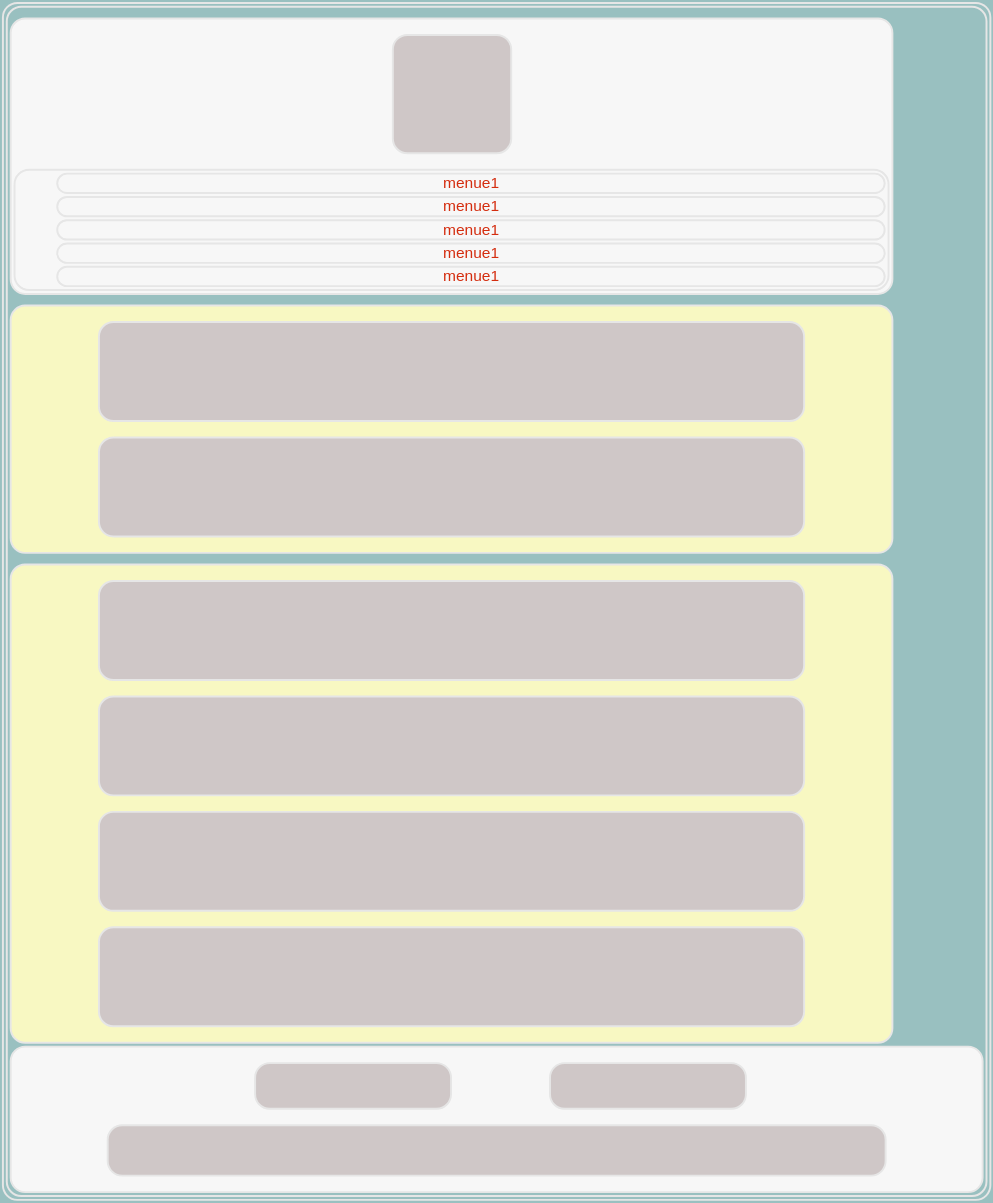
Repository: clairedupuich/cv-claireDUPUICH
Page: cv.html
These files come from the project's save history. The page is drawn as it stood at one moment and after the next save; the edit follows.
The browser window is 1024 px wide. The pictures show the whole page, at 97% of full size.

Above is the page before, as saved 2020-10-08 16:26:08.

### cv.html
<!DOCTYPE html>
<html lang="fr" dir="ltr">
  <head>
    <meta charset="utf-8">
    <title>Exercice</title>
    <link rel="stylesheet" href="cv.css">
  </head>
  <body>
    <section class="header">
        <div class="img">
        </div>

            <ul class="nav">
                <li>menue1</li>
                <li>menue1</li>
                <li>menue1</li>
                <li>menue1</li>
                <li>menue1</li>
            </ul>

    </section>
      <section class="section 1">
          <div class="article1_1">
          </div>
          <div class="article1_2">
          </div>
      </section>
      <section class="section2">
        <div class="article2_1">
        </div>
        <div class="article2_2">
        </div>
        <div class="article2_3">
        </div>
        <div class="article2_4">
        </div>
      </section>
      <footer>
          <div class='footer1'>
          </div>
        <div class="footer2">
        </div>

        <div class="footer3">
        </div>
    </footer>
  </body>
</html>

### cv.css
* {
    font-family: Avenir, sans-serif;
    border: 2px solid rgb(230, 230, 230);
    border-radius: 16px;
    margin: 2px;

}
@media screen and (min-width: 768px) and (max-width: 992px){


    body {
        background-color: azure;


    }
    section {
        margin-top: 10px;
        width: 95%;
        background-color: rgb(156, 156, 129);


    }
    div {
        margin: 15px auto;
        width:80% ;
        height: 100px;
        background-color: rgb(83, 83, 83);
    }
    ul {
        text-align: center;
        list-style: none;
        color: tomato;
    }

    footer,
    .header{
        background-color:rgb(162, 211, 233);
    }

    .footer2,
    .footer1 {
        height: 45px;
        width: 20%;
        float: left;

    }
    .footer1{
        margin-left: 25%;
        margin-right: 10%;
    }

    .footer3 {
        clear: both;
        height: 50px;
    }
    .img {
        width:120px;
        height: 120px;
        text-align: left;
    }

}
@media screen and (min-width: 992px) and (max-width: 1200px){

    body {
        background-color: rgb(153, 192, 192);


    }
    section {
        margin-top: 10px;
        width: 90%;
        background-color: rgb(248, 248, 194);


    }
    div {
        margin: 15px auto;
        width:80% ;
        height: 100px;
        background-color: rgb(207, 199, 199);
    }
    ul {
        text-align: center;
        list-style: none;
        color: rgb(212, 45, 15);
    }

    footer,
    .header{
        background-color:rgb(247, 247, 247);
    }

    .footer2,
    .footer1 {
        height: 45px;
        width: 20%;
        float: left;

    }
    .footer1{
        margin-left: 25%;
        margin-right: 10%;
    }

    .footer3 {
        clear: both;
        height: 50px;
    }
    .img {
        width:120px;
        height: 120px;
        text-align: left;
    }
}
@media screen and (min-width: 1200px){}

After the next save:
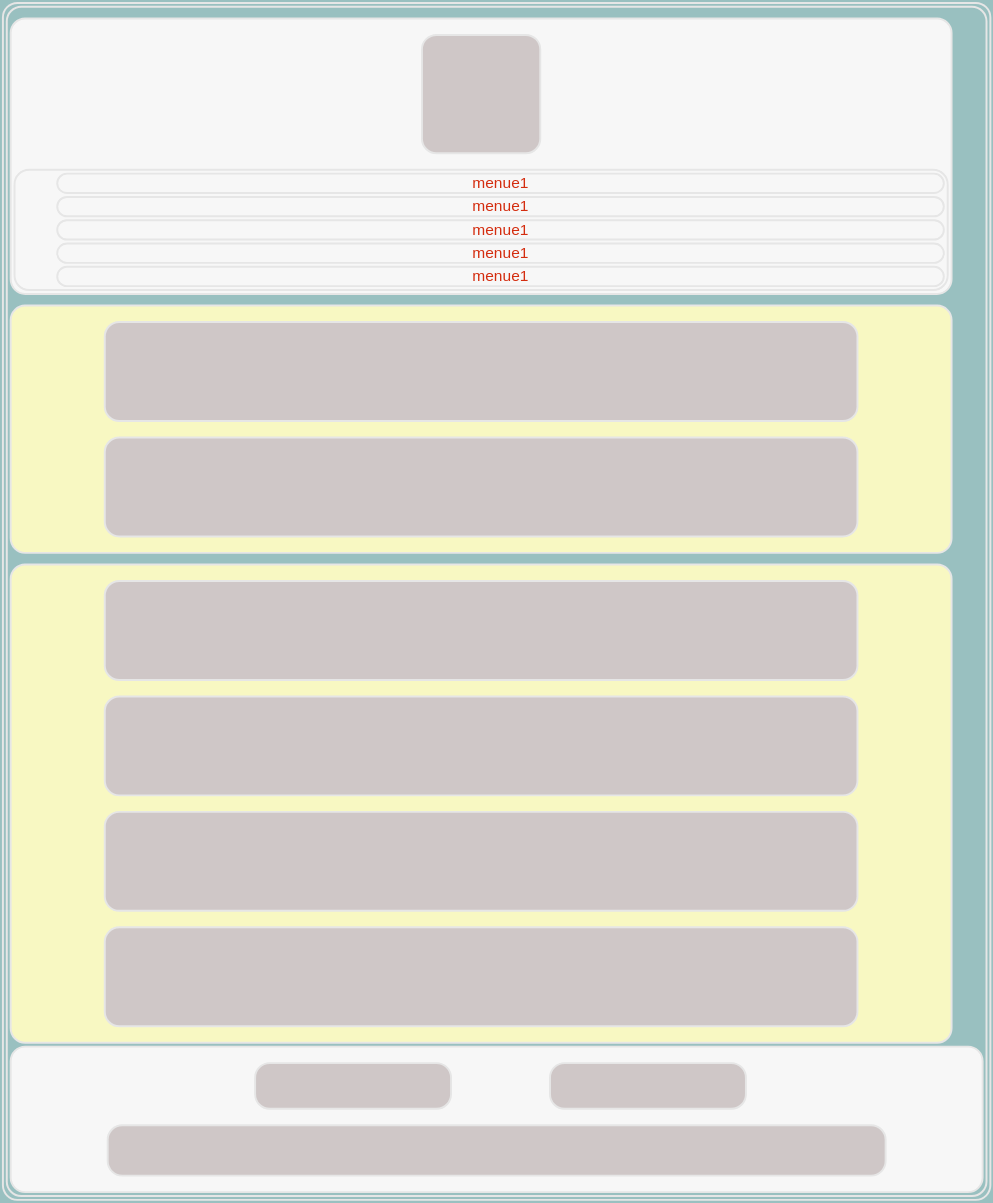
Saved 42 s later.
--- a/cv.css
+++ b/cv.css
@@ -69,7 +69,7 @@
     }
     section {
         margin-top: 10px;
-        width: 90%;
+        width: 96%;
         background-color: rgb(248, 248, 194);
 
 
